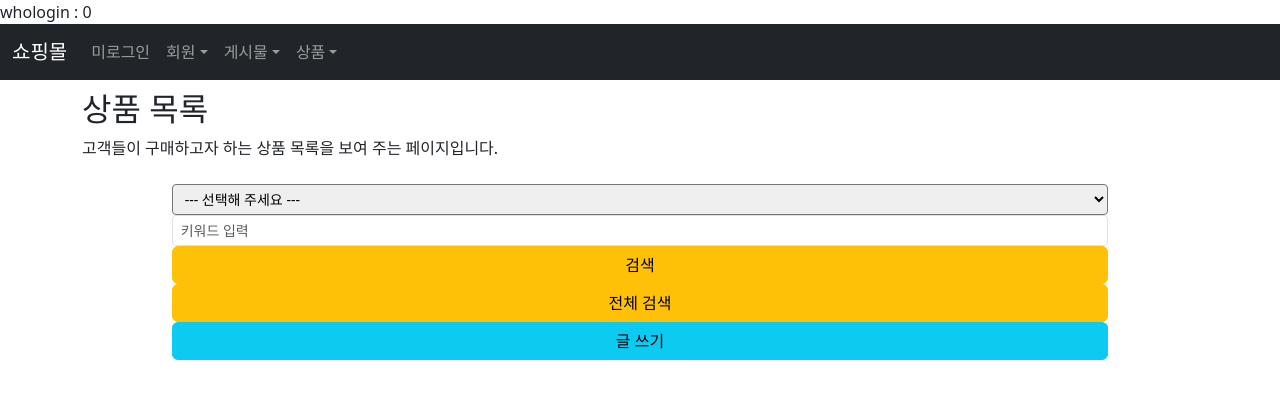
Repository: Sain-Clair/Team5
Page: http://localhost/Student/product/prList.jsp
The author's editor kept a copy of each file at every save. The page is drawn from the files as they stood at one save, then again after the next save.
The browser window is 1280 px wide. The pictures show the whole page.
The page is served by Tomcat 9. The template is opened directly, without the code that normally fills it, so the values that code supplies are empty.

Above is the page before, as saved 2023-09-07 03:55:11.

After the next save:
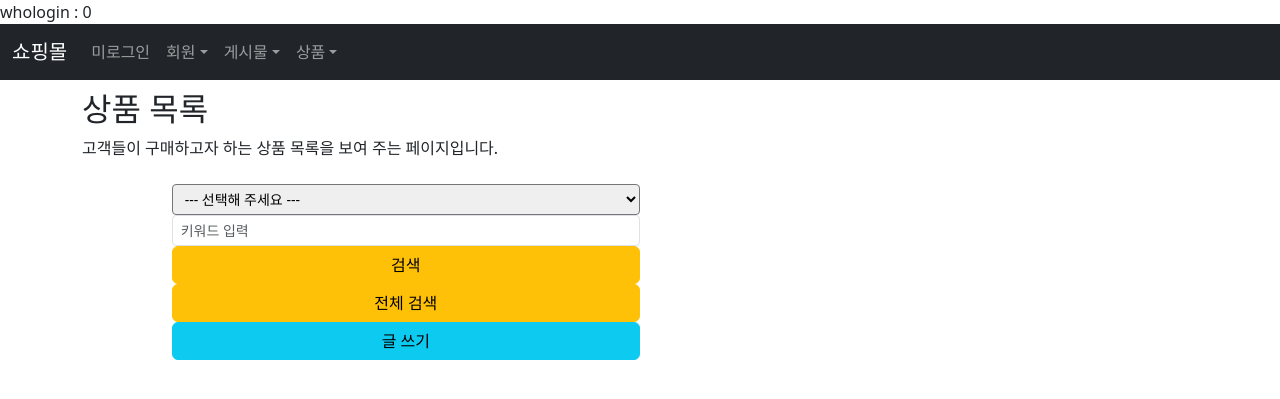
Saved 31 s later.
--- a/Student/src/main/webapp/product/prList.jsp
+++ b/Student/src/main/webapp/product/prList.jsp
@@ -55,7 +55,7 @@
 					<td colspan="7" align="right">
 						<div class="row">
 							<div class="col-sm-1"></div><!-- grid 화면을 12개로 분할. 그 중에 1 -->
-							<div class="col-sm-10">
+							<div class="col-sm-5">
 							<!-- //////////////// -->
 								<form name="myform" action="<%=withFormTag%>" method="get">
 									<input type="hidden" name="command" value="prList">
